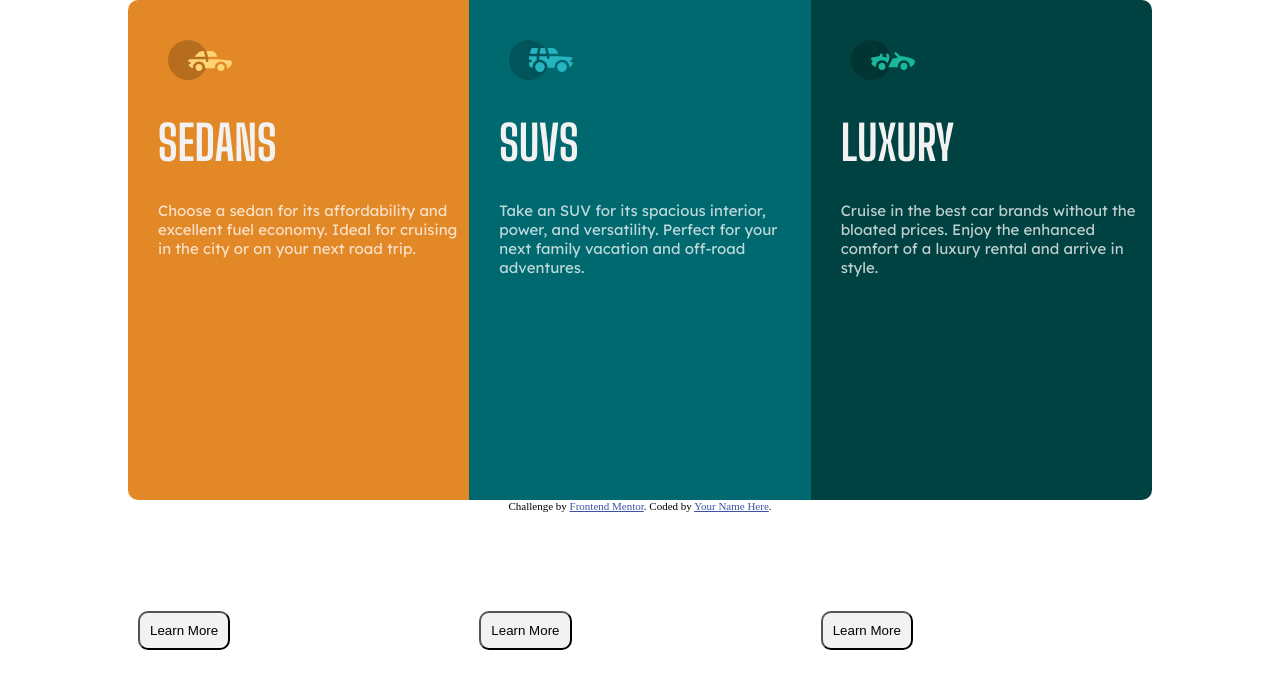
Repository: viniciussnt/3-column-preview-card
Page: index.html
These files come from the project's save history. The page is drawn as it stood at one moment and after the next save; the edit follows.
The browser window is 1280 px wide. The pictures show the whole page.

Above is the page before, as saved 2023-09-15 11:35:09.

After the next save:
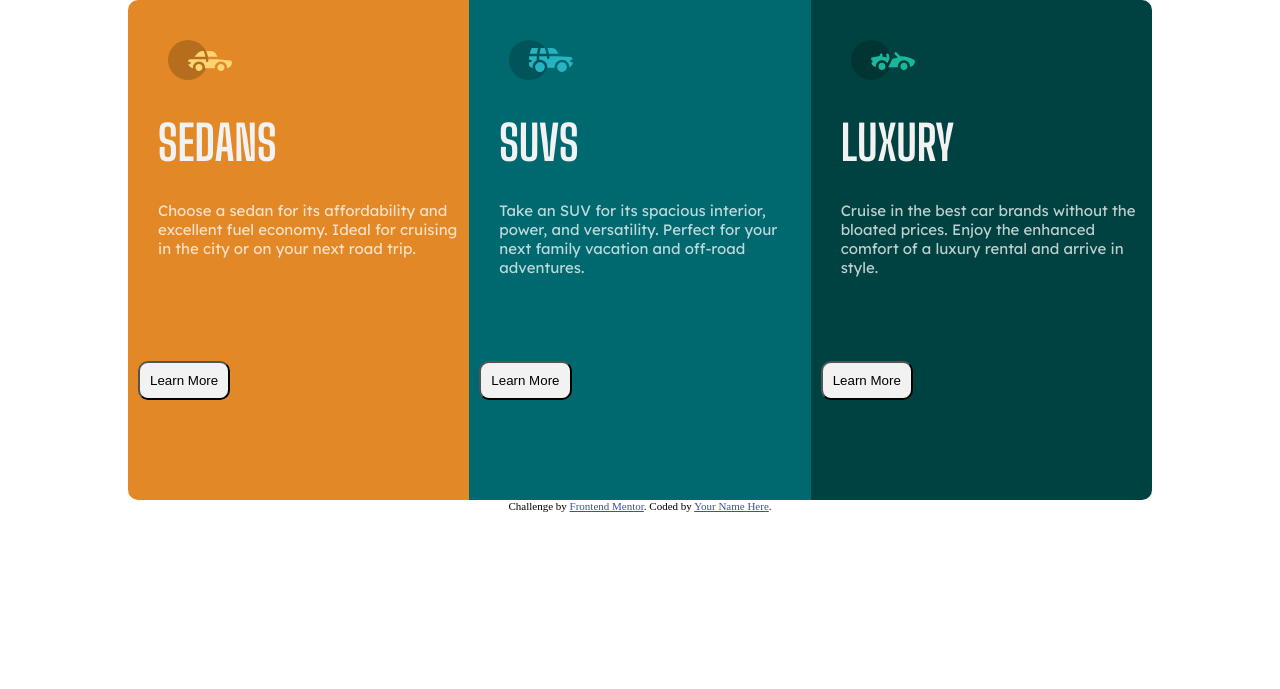
Saved 5 s later.
--- a/styles/style.css
+++ b/styles/style.css
@@ -68,7 +68,7 @@
     margin-top: 30px;
     margin-left: 30px;
 
-    height: 80%;
+    height: 150px;
 }
 
 button {
